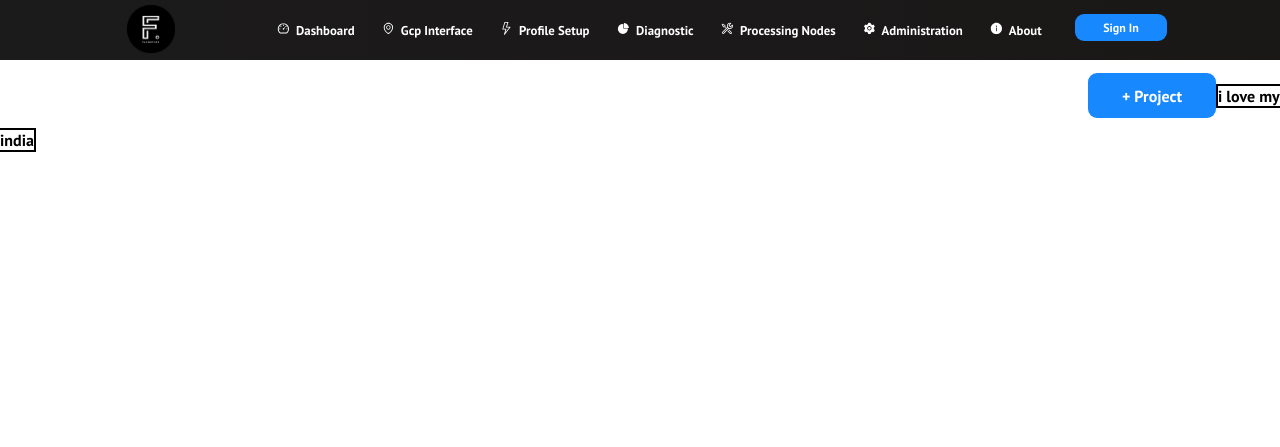
Repository: Akshaykumar1111/akki
Page: /Dashboard
These files come from the project's save history. The page is drawn as it stood at one moment and after the next save; the edit follows.
The browser window is 1280 px wide. The pictures show the whole page.
Some web libraries are served in a nearby version. The project was rebuilt for these pictures with package versions that can differ from the ones it lists, and the page was loaded fresh each time. Also part of the build but not shown: src/components/pages/Administration.css, src/components/pages/Administration.js, src/components/pages/Diagnostic.js, src/components/pages/ProfileSetup.js, src/components/pages/GcpInterface.js, src/components/pages/ProcessingNodes.js, src/components/pages/About.js, src/components/pages/Popup.css and 7 more.

Above is the page before, as saved 2022-10-20 11:06:28.

After the next save:
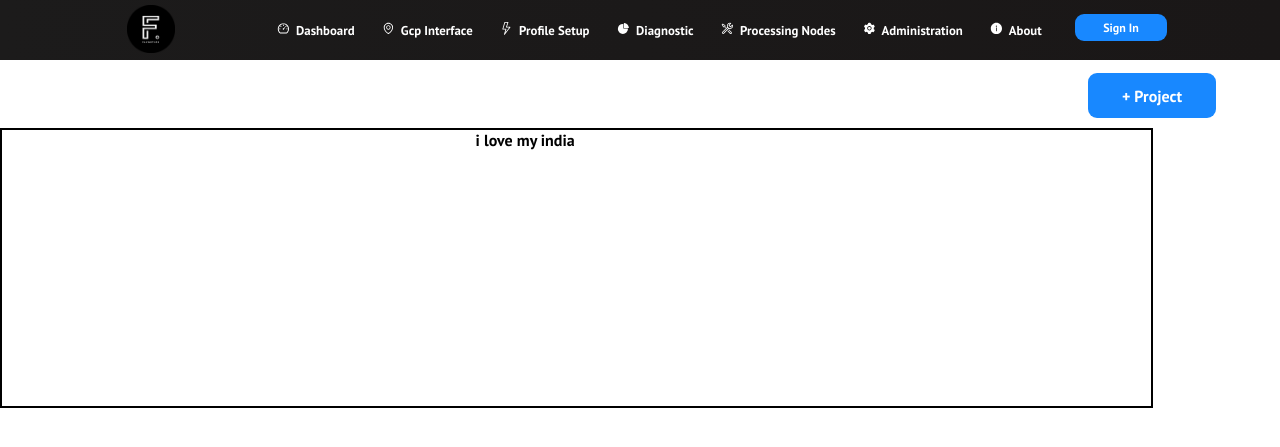
Saved 20 s later.
--- a/src/components/pages/Dashboard.css
+++ b/src/components/pages/Dashboard.css
@@ -1,5 +1,5 @@
 div11{
-    padding: 0% 45% 20% 37;
+    padding: 0% 45% 20% 37%;
     border:2px solid black;
     background: transparent;
     }
